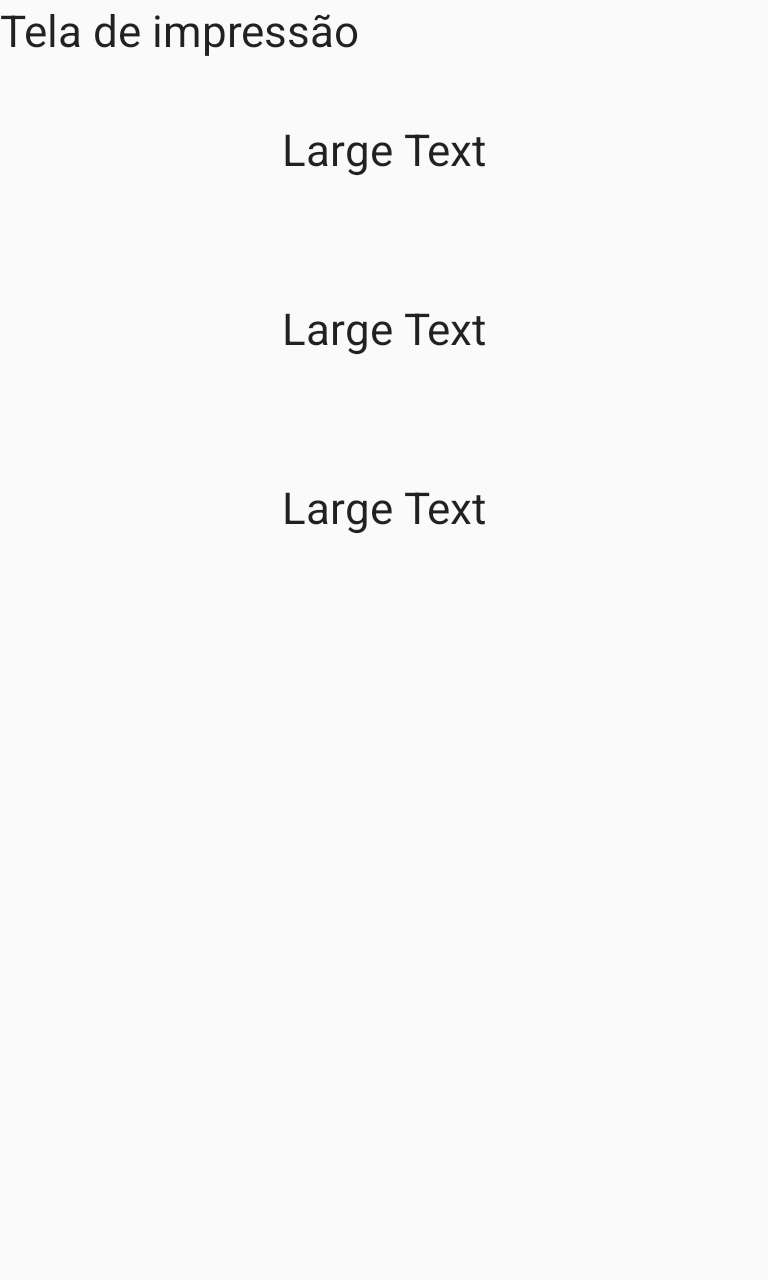
Repository: StefanoAraujo/MiniCurso.Android.Basico.Cadastro
Layout: Clientes/res/layout/activity_impressao.xml
An editor plug-in stored every save of this project. The layout is shown before and after the next save, followed by the edit.
It is drawn on a 768 x 1280 px phone screen (xhdpi) without system bars, with theme AppTheme; the app's code is not run.

Above is the layout before, as saved 2015-03-01 19:19:43.

### Clientes/res/layout/activity_impressao.xml
<?xml version="1.0" encoding="utf-8"?>
<LinearLayout xmlns:android="http://schemas.android.com/apk/res/android"
    android:layout_width="match_parent"
    android:layout_height="match_parent"
    android:orientation="vertical" >

    <TextView
        android:id="@+id/textView1"
        android:layout_width="match_parent"
        android:layout_height="wrap_content"
        android:text="Tela de impressão"
        android:textAppearance="?android:attr/textAppearanceLarge" />

    <TextView
        android:id="@+id/textViewNome"
        android:layout_width="match_parent"
        android:layout_height="wrap_content"
        android:text="Large Text"
        android:gravity="center"
        android:layout_margin="30dp"
        android:textAppearance="?android:attr/textAppearanceLarge" />

    <TextView
        android:id="@+id/textViewEmail"
        android:layout_width="match_parent"
        android:layout_height="wrap_content"
        android:text="Large Text"
        android:gravity="center"
        android:layout_margin="30dp"
        android:textAppearance="?android:attr/textAppearanceLarge" />

    <TextView
        android:id="@+id/textViewTel"
        android:layout_width="match_parent"
        android:layout_height="wrap_content"
        android:text="Large Text"
        android:gravity="center"
        android:layout_margin="30dp"
        android:textAppearance="?android:attr/textAppearanceLarge" />

</LinearLayout>

Loaded but not shown: Clientes/res/values/styles.xml (common file); Clientes/res/values-v11/styles.xml (common file); Clientes/res/values-v14/styles.xml (common file)

After the next save:
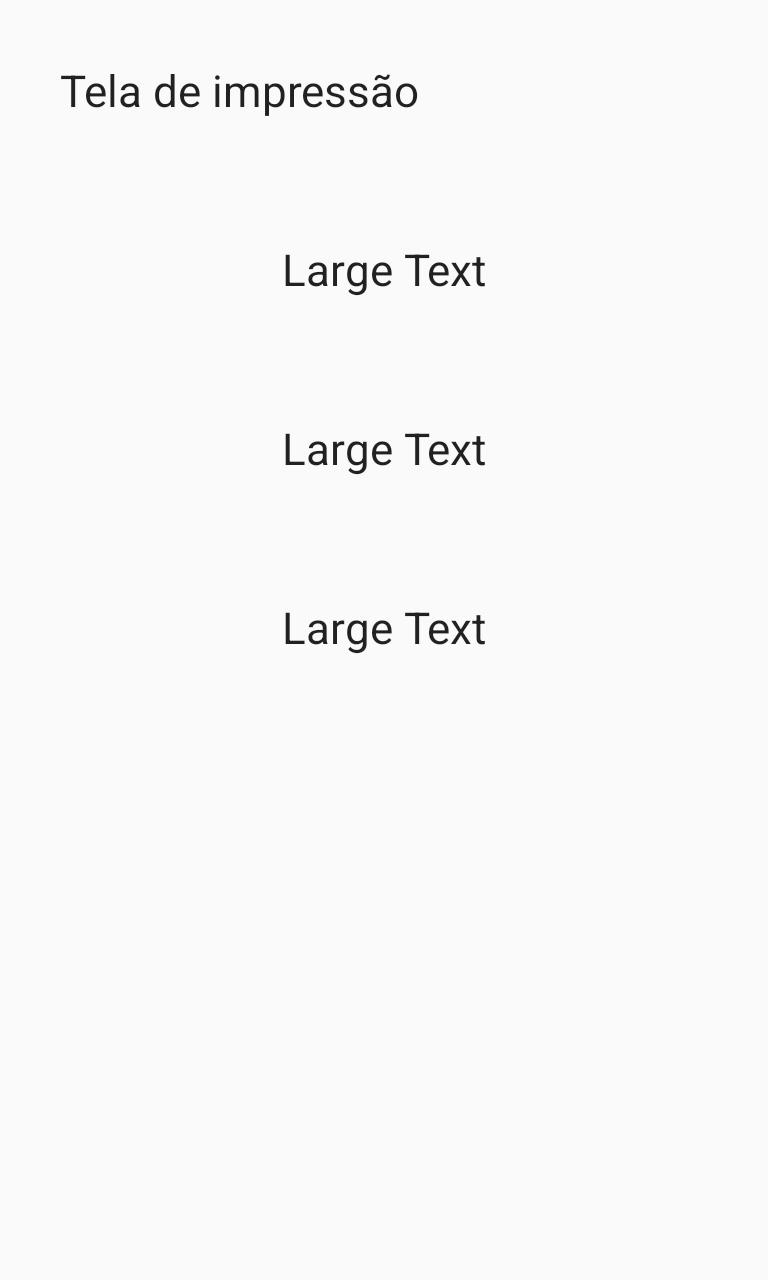
Saved 10 s later.
--- a/Clientes/res/layout/activity_impressao.xml
+++ b/Clientes/res/layout/activity_impressao.xml
@@ -9,6 +9,7 @@
         android:layout_width="match_parent"
         android:layout_height="wrap_content"
         android:text="Tela de impressão"
+        android:layout_margin="30dp"
         android:textAppearance="?android:attr/textAppearanceLarge" />
 
     <TextView
